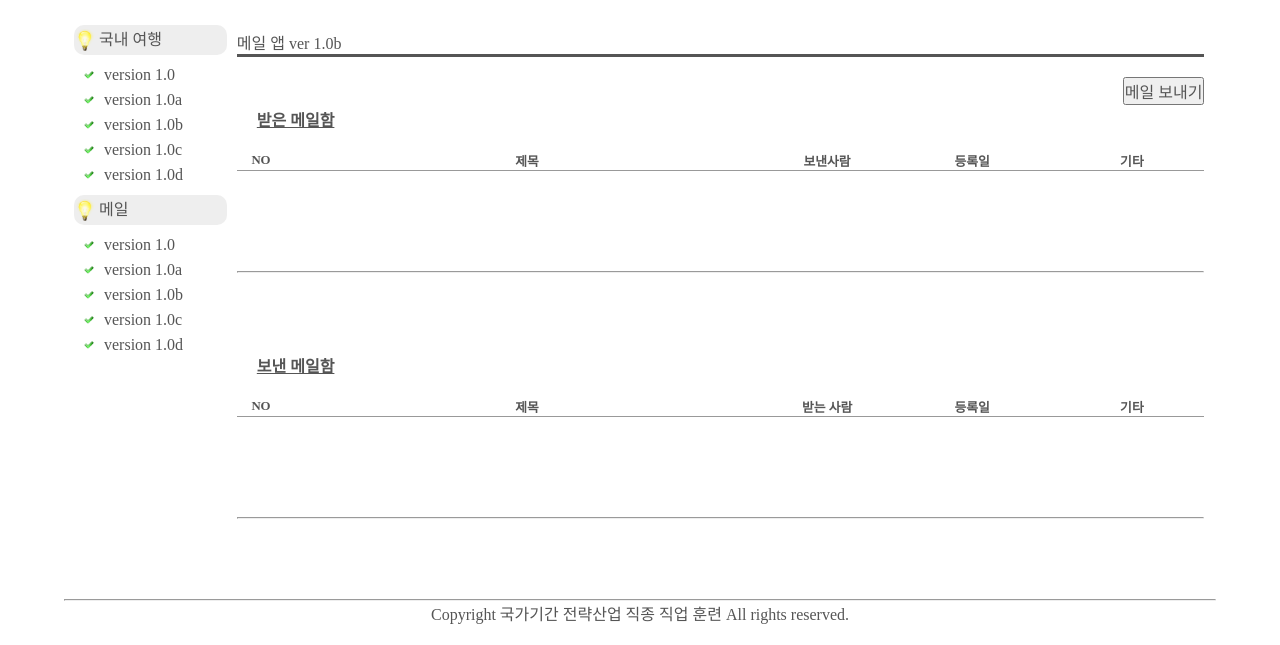
Repository: jangky000/ai_web
Page: http://localhost/blog_v2jc/mail_app1d/list.jsp
These files come from the project's save history. The page is drawn as it stood at one moment and after the next save; the edit follows.
The browser window is 1280 px wide. The pictures show the part of the page from y = 210 to 874 px (the page is 855 px tall before and 874 px after).
The page is served by Tomcat 9. Queries for data that is not in the repository find no rows.

Above is the page before, as saved 2020-04-03 03:15:31.

After the next save:
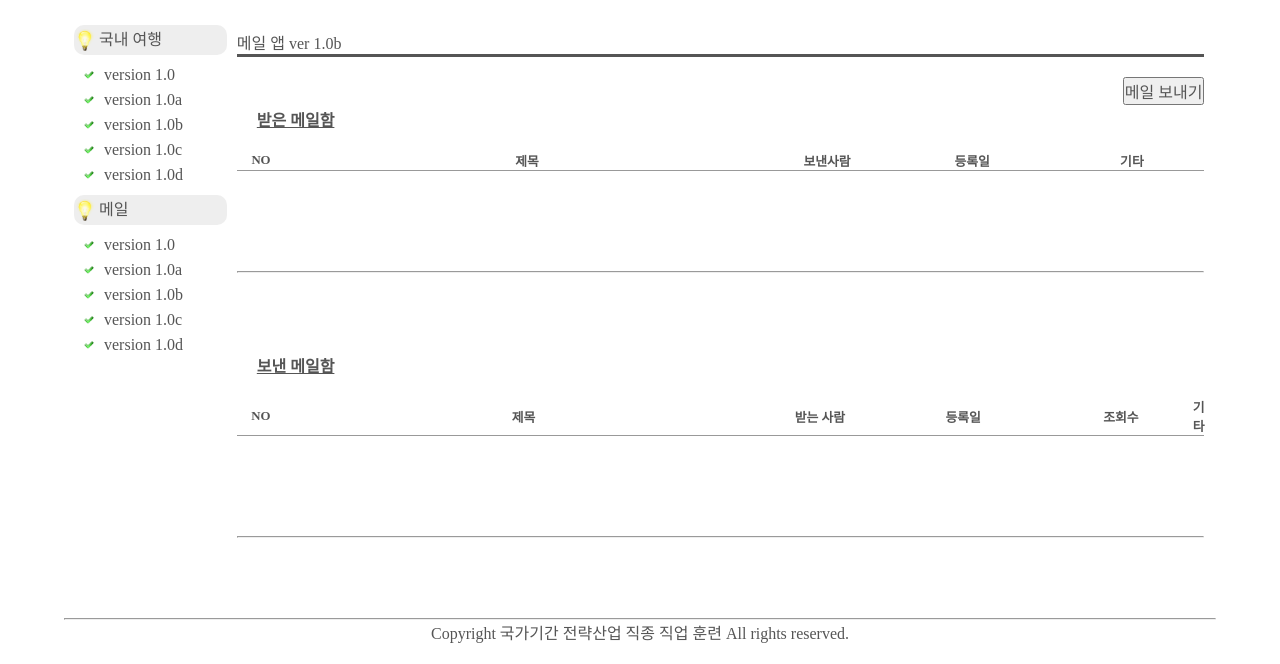
Saved 30 s later.
--- a/ws__frame/blog_v2jc/WebContent/mail_app1d/list.jsp
+++ b/ws__frame/blog_v2jc/WebContent/mail_app1d/list.jsp
@@ -88,6 +88,7 @@ MailDAO mailDAO = new MailDAO(my_ip);
         <th class="th_basic">제목</th>
         <th class="th_basic">받는 사람</th>
         <th class="th_basic">등록일</th>
+        <th class="th_basic">조회수</th>
         <th class="th_basic">기타</th>
       </tr>
     </thead>
